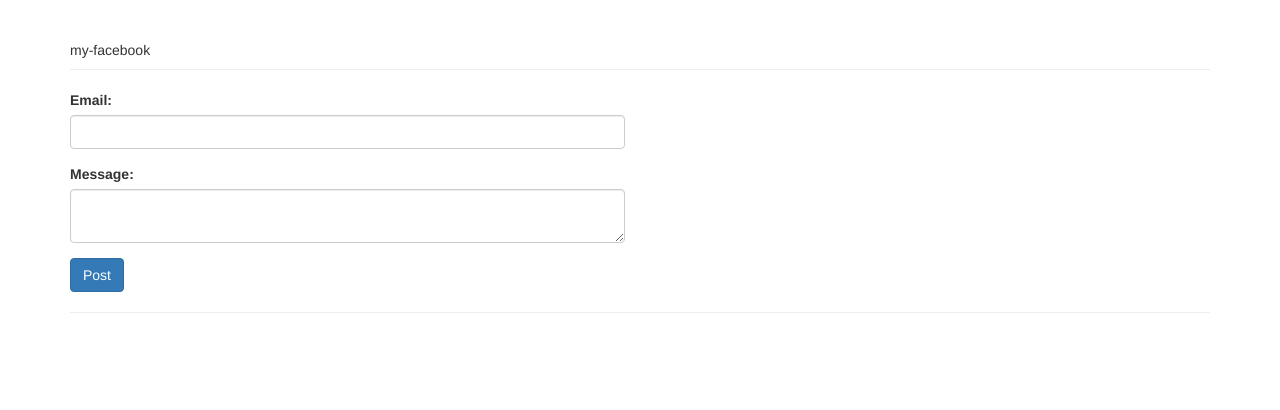
Repository: nagabhushanamn/itc-batch
Page: new/my-facebook/WebContent/index.html
The author's editor kept a copy of each file at every save. The page is drawn from the files as they stood at one save, then again after the next save.
The browser window is 1280 px wide. The pictures show the whole page.

Above is the page before, as saved 2017-03-18 10:37:35.

After the next save:
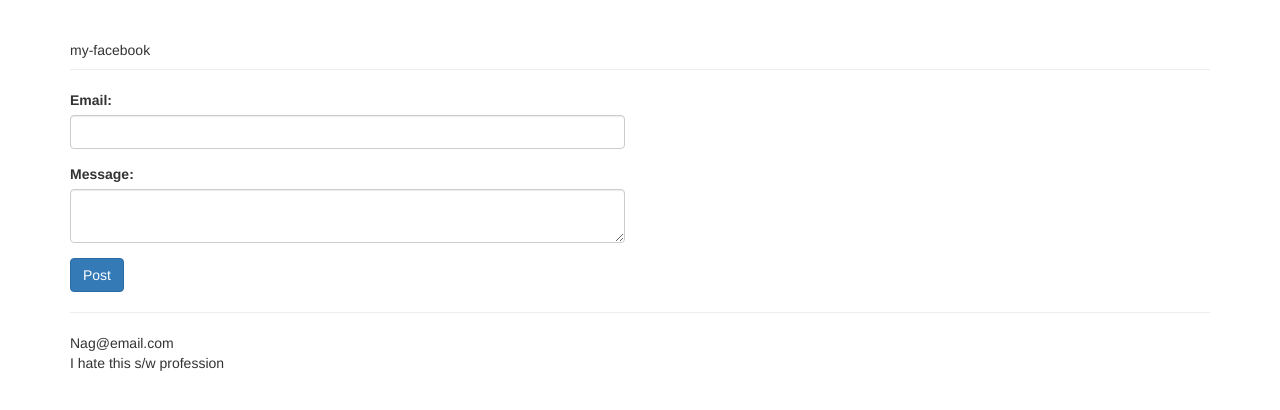
Saved 54 s later.
--- a/new/my-facebook/WebContent/index.html
+++ b/new/my-facebook/WebContent/index.html
@@ -26,6 +26,13 @@
 	</div>
 	<hr/>
 
+	<div>
+		<div>
+			<span>Nag@email.com</span>
+			<p>I hate this s/w profession</p>
+		</div>
+	</div>
+
 
 
 
